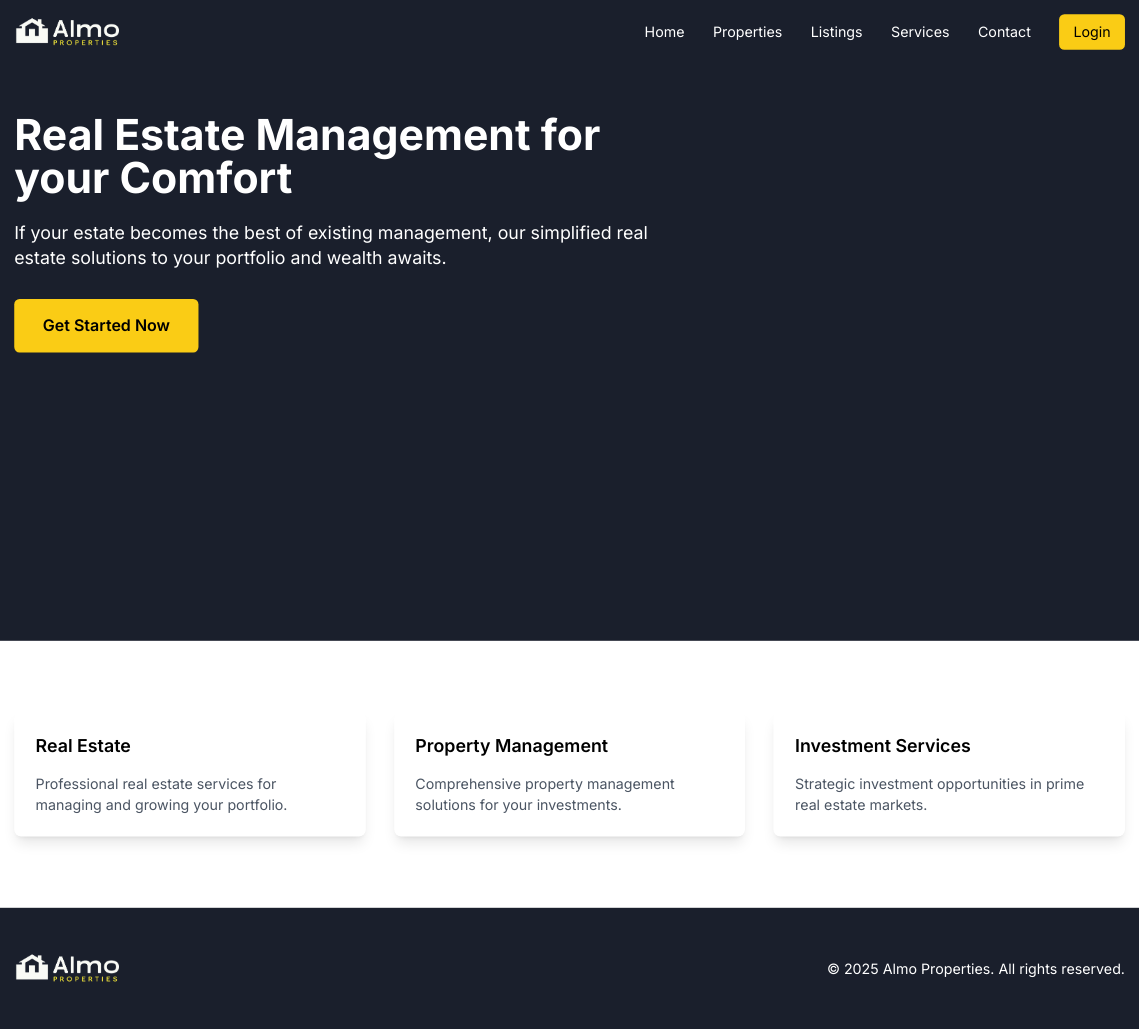
Repository: creesler/almoproperties
Page: /
An editor plug-in stored every save of this project. The page is shown before and after the next save, followed by the edit.
The browser window is 1280 px wide. The pictures show the whole page, at 89% of full size.
The project was rebuilt for these pictures with package versions that can differ from the ones it lists, and the page was loaded fresh each time. The framework's server and built-in components were replaced by stand-ins that run in the browser. Also part of the build but not shown: next.config.mjs.

Above is the page before, as saved 2025-03-17 16:19:42.

After the next save:
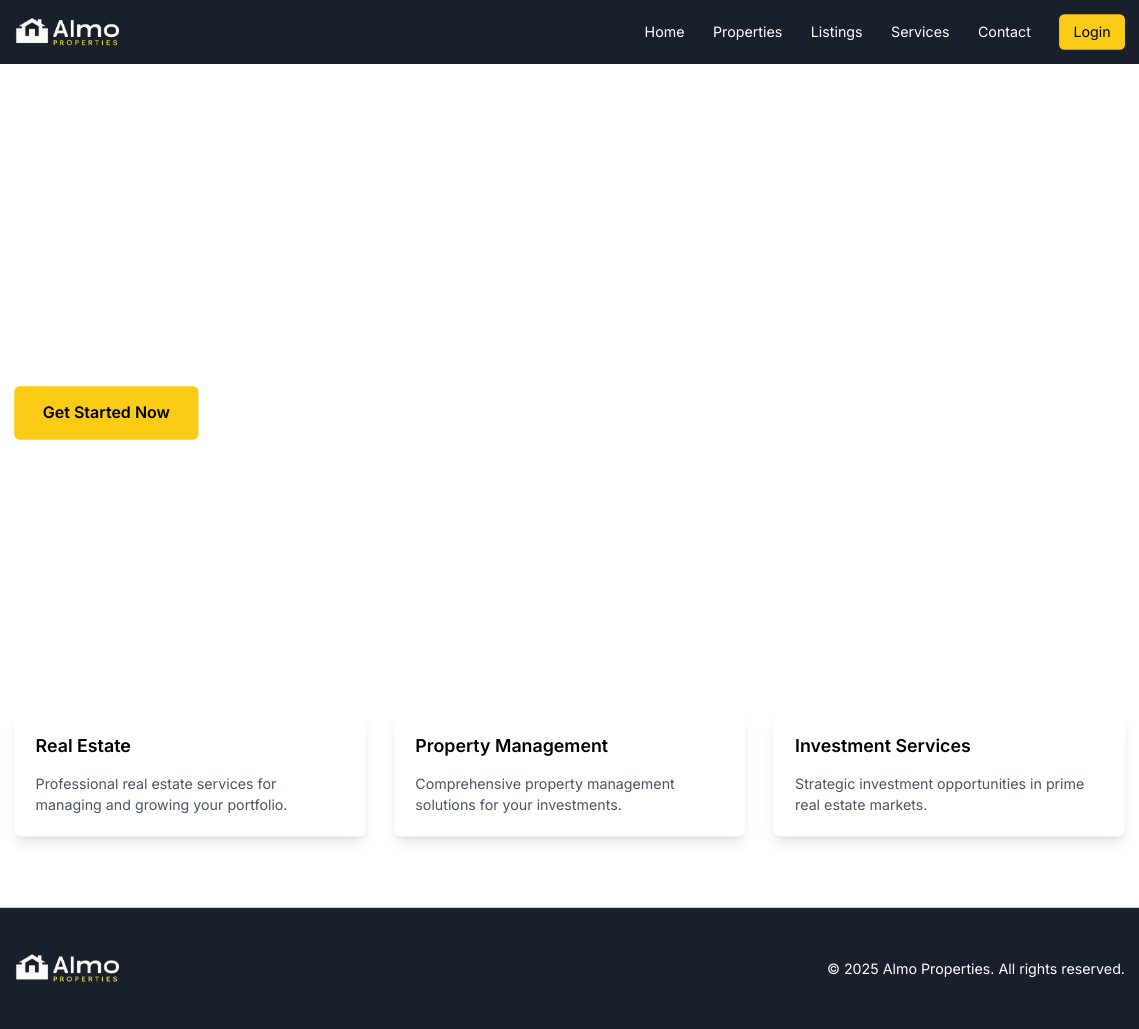
Not found: images/apartment-hero.jpg
Saved 81 s later.
--- a/src/app/page.tsx
+++ b/src/app/page.tsx
@@ -33,9 +33,19 @@ export default function Home() {
       </header>
 
       {/* Hero Section */}
-      <section className="relative h-screen bg-navy-900 text-white">
-        <div className="container mx-auto px-4 pt-32">
-          <div className="max-w-3xl">
+      <section className="relative h-screen">
+        <div className="absolute inset-0 w-full h-full">
+          <Image
+            src="/images/apartment-hero.jpg"
+            alt="Luxury Apartment"
+            fill
+            priority
+            style={{ objectFit: 'cover' }}
+            className="brightness-50"
+          />
+        </div>
+        <div className="relative container mx-auto px-4 h-full flex items-center">
+          <div className="max-w-3xl text-white">
             <motion.h1
               initial={{ opacity: 0, y: 20 }}
               animate={{ opacity: 1, y: 0 }}
